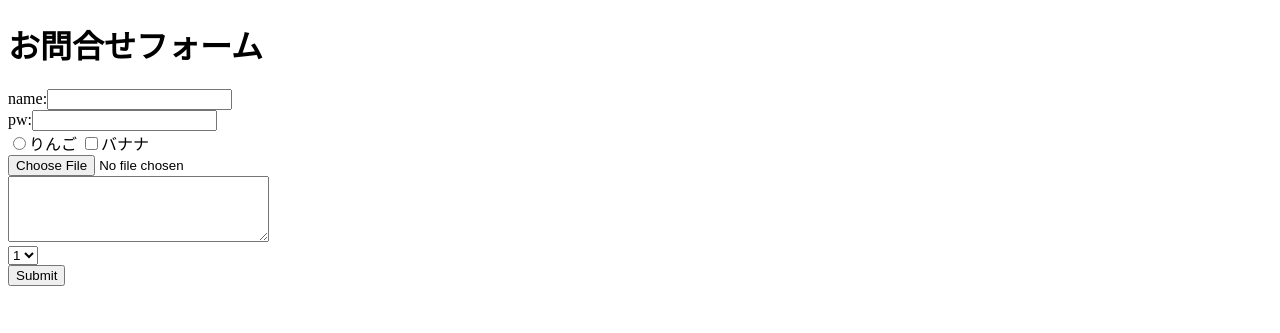
Repository: Jutta197/frontend726
Page: form.html
These files come from the project's save history. The page is drawn as it stood at one moment and after the next save; the edit follows.
The browser window is 1280 px wide. The pictures show the whole page.

Above is the page before, as saved 2023-07-27 14:54:51.

After the next save:
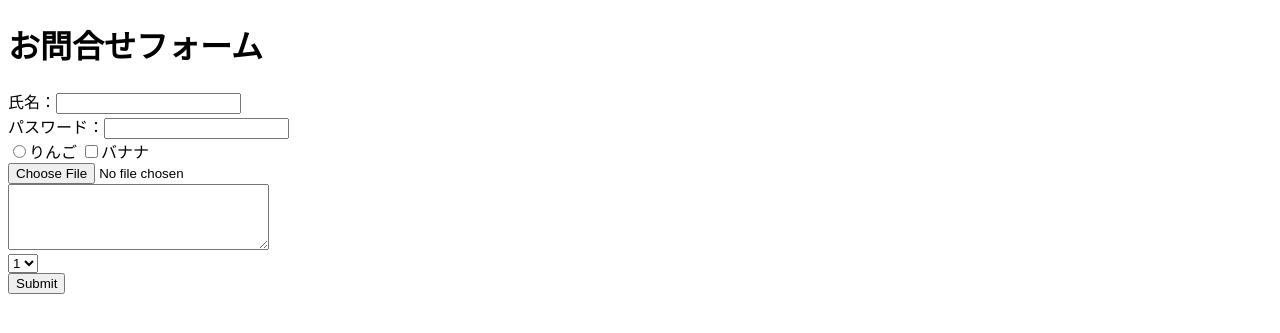
Saved 24 min 7 s later.
--- a/form.html
+++ b/form.html
@@ -9,9 +9,9 @@
 
 <body>
     <h1>お問合せフォーム</h1>
-    <form action="">
-        name:<input type="text"><br>
-        pw:<input type="password"><br>
+    <form action="" method="post">
+        氏名：<input type="text" name="name"><br>
+        パスワード：<input type="password" name="password"><br>
         <input type="radio">りんご
         <input type="checkbox">バナナ<br>
         <input type="file"><br>
